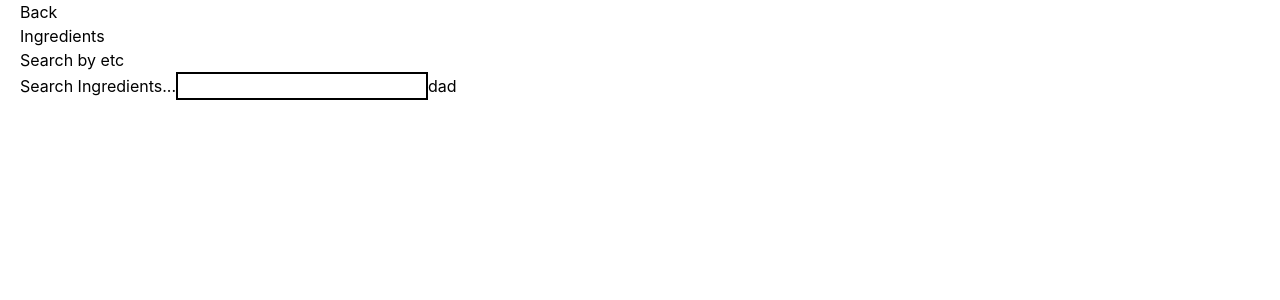
Repository: thais-chen/Meal
Page: /ingredients (app in meal-plan/)
An editor plug-in stored every save of this project. The page is shown before and after a run of saves, followed by the edit.
The browser window is 1280 px wide. The pictures show the whole page.
The project was rebuilt for these pictures with package versions that can differ from the ones it lists, and the page was loaded fresh each time. The framework's server and built-in components were replaced by stand-ins that run in the browser. Also part of the build but not shown: meal-plan/next.config.js, meal-plan/comps/Grid.js.

Above is the page before, as saved 2022-08-19 14:25:09.

### meal-plan/pages/_app.js
import '../styles/globals.css'
/* import '../styles/globals.css'
import 'tailwindcss/tailwind.css'; */
function MyApp({ Component, pageProps }) {
  return <Component {...pageProps} />
}

export default MyApp

### meal-plan/pages/ingredients.js
import Heading from "../comps/Heading";
import Form from "../comps/Form";
import Head from "next/head";
import Navbar from "../comps/Navbar";
import Dropdown from "../comps/Dropdown";
import { useState } from "react";
import Grid from "../comps/Grid";
import styles from "../styles/Ingredients.module.css";
import { FontAwesomeIcon } from "@fortawesome/react-fontawesome";
import axios from "axios";
import { faCamera } from "@fortawesome/free-solid-svg-icons";
export default function Ingredients() {
  const [form, setForm] = useState("");
  const [theimg, setTheImg] = useState({
    name: "",
    url: "",
    id: "",
  });
  const [imgArr, setImgArr] = useState([]);
  const [test,settest] = useState("")
  const [dropdown, setDropdown] = useState([]);

  function handleChange(e) {
    setForm(e.target.value);
  }
  async function getResponse() {
     const params = new URLSearchParams({ q: form });
    const response = await fetch(
      `https://yummly2.p.rapidapi.com/feeds/auto-complete?${params}`,
      {
        method: "GET",
        headers: {
          "X-RapidAPI-Key":
            "29a63a7413msh8378b61a2e11cf3p192e62jsn53d83f1651fe",
          "X-RapidAPI-Host": "yummly2.p.rapidapi.com",
        },
      }
    );
    const data = await response.json();



    return data.ingredients;
  }



  const clickHandler = async (e) => {
    try {
        setForm(e.target.value);
      const newImg = await getResponse(); // wait for getImg() to resolve
      setTheImg(newImg);
      console.log(dropdown);
      setDropdown((prev) => [...prev, newImg]); // add it to the array
    } catch (err) {
      console.error(err);
    }
  };

  const thingsElements = imgArr.map((thing) => (
    <div>
      <p>{imgArr}fs</p>
    </div>
  ));

  return (
    <div className={`${styles.container} px-5`}>
      <Head>
        <title>Create Next App</title>
        <meta name="description" content="Generated by create next app" />
        <link rel="icon" href="/favicon.ico" />
      </Head>
      <Navbar page="/" />
      <Heading heading="Ingredients" info="Search by etc" />
      <Form
        label="Search Ingredients..."
        onChange={clickHandler}
        value={form}
        imgsrc={theimg}
        placeholder="Search Ingredients..."
        clicked={clickHandler}
        icon={faCamera}
      />
      {thingsElements}
    </div>
  );
}

### meal-plan/styles/globals.css
@import 'tailwindcss/base';
@import 'tailwindcss/components';

@import 'tailwindcss/utilities';

html,
body {
  padding: 0;
  margin: 0;
  font-family: -apple-system, BlinkMacSystemFont, Segoe UI, Roboto, Oxygen,
    Ubuntu, Cantarell, Fira Sans, Droid Sans, Helvetica Neue, sans-serif;
}

a {
  color: inherit;
  text-decoration: none;
}

* {
  box-sizing: border-box;
}

@media (prefers-color-scheme: dark) {
  html {
    color-scheme: dark;
  }
  body {
    color: white;
    background: black;
  }
}

input{
  border:2px solid;
}

### meal-plan/comps/Heading.js

const Heading = (props) => {
    return(
        <div>
            <h1> {props.heading}</h1>
            <p>{props.info}</p>
        </div>
    )
}
export default Heading;

### meal-plan/comps/Form.js
import { useState } from "react";

const Form = (props) => {
  return (
    <>
      <label>
        {props.label}
        <input value={props.value} onChange={props.onChange} />
        <button onClick={props.clicked}>dad </button>
      </label>
    </>
  );
};
export default Form;

### meal-plan/comps/Navbar.js
import Link from "next/link";

const Navbar = (props) => {
  return (
    <>
      <Link href={`${props.page}`}>
        <a> Back </a>
      </Link>
    </>
  );
};
export default Navbar;

### meal-plan/styles/Ingredients.module.css
.container{

  height:100%;
  margin: auto;
}

### meal-plan/tailwind.config.js
/** @type {import('tailwindcss').Config} */
module.exports = {
  content: [
    "./pages/**/*.{js,ts,jsx,tsx}",
    "./comps/**/*.{js,ts,jsx,tsx}",
  ],
  theme: {
    extend: {},
  },
  plugins: [],
};

### meal-plan/comps/Dropdown.js
const Dropdown = (props) => {
    const ingredientList = props.ingredients.map((ingredient, index) => {
        return (
            <div key={index}>
                <option>{ingredient}</option>
            </div>
        )
    }
    )
    return (
        <div className="flex">
            <div className="w-1/2">
                <select>
                    {ingredientList}
                </select>
          </div>
            </div>)

}
export default Dropdown;

After the next 2 saves:
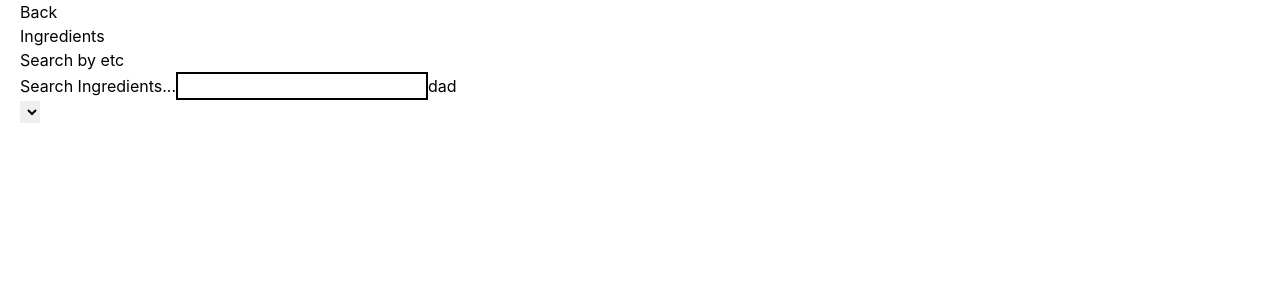
The 2 saves are shown as one change because they came seconds apart.
The last was saved 11 s later.
--- a/meal-plan/pages/ingredients.js
+++ b/meal-plan/pages/ingredients.js
@@ -81,7 +81,7 @@ export default function Ingredients() {
         clicked={clickHandler}
         icon={faCamera}
       />
-      {thingsElements}
+      <Dropdown ingredients={dropdown} />
     </div>
   );
 }
